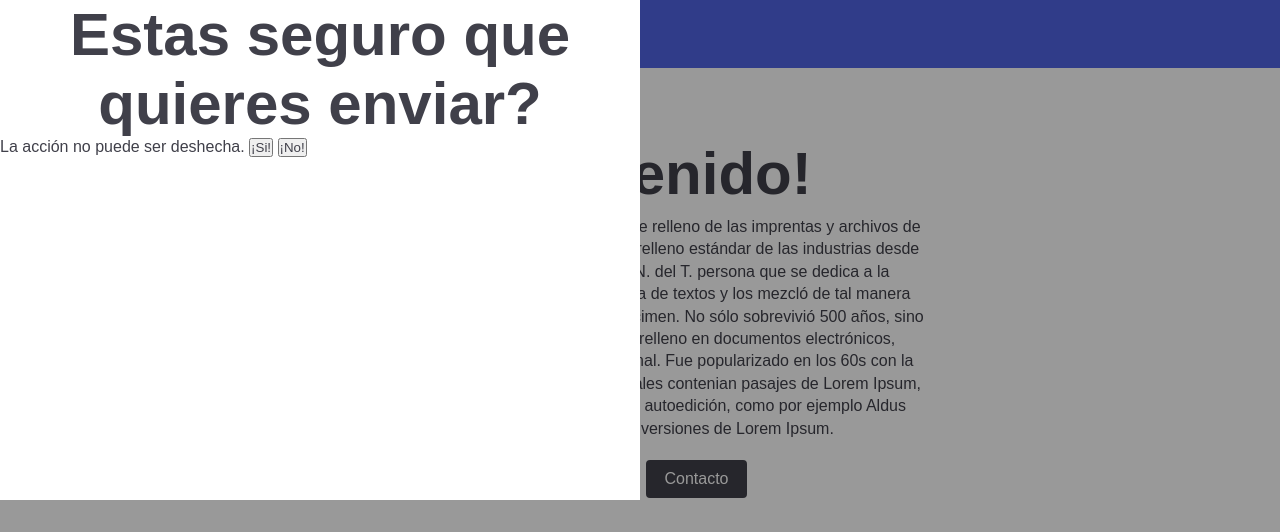
Repository: robsonmarkes/accesibilidad
Page: index.html
The author's editor kept a copy of each file at every save. The page is drawn from the files as they stood at one save, then again after the next save.
The browser window is 1280 px wide. The pictures show the part of the page from y = 0 to 532 px (the page is 2098 px tall).
Pictures or frames that could not be fetched are drawn as grey boxes. A picture or video elsewhere on the page could not be fetched, so the positions and the page height are approximate.

Above is the page before, as saved 2022-10-11 11:30:58.

After the next save:
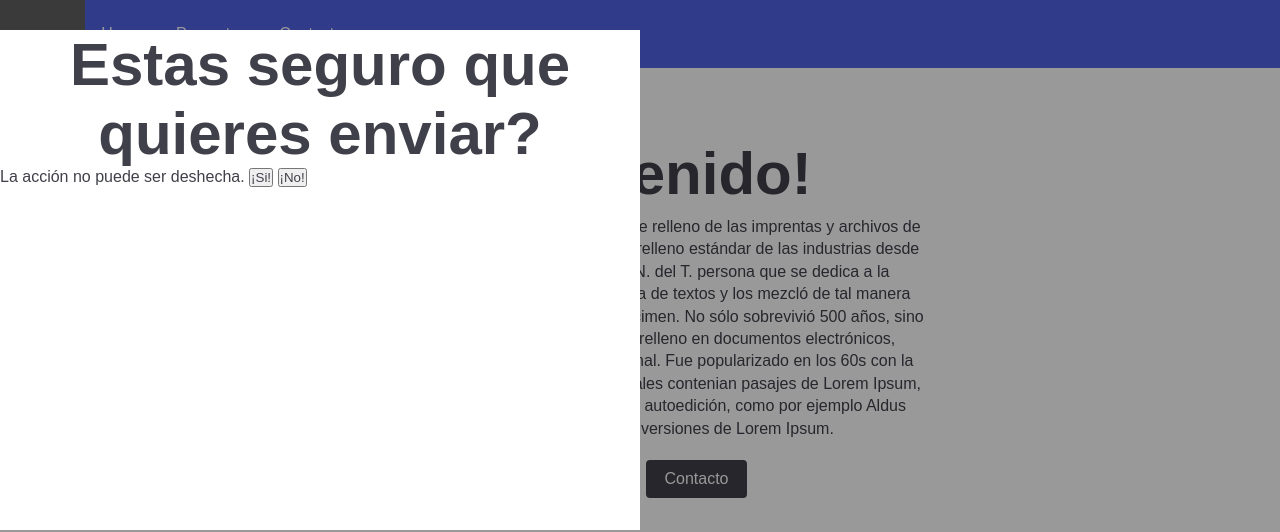
Saved 107 s later.
--- a/style.css
+++ b/style.css
@@ -224,7 +224,7 @@ body a:hover {
     width: 50%;
     height: 500px;
     position: absolute;
-    top: 0;
+    top: 30px;
     left: 0;
     background-color:#fff;
     z-index: 3;
